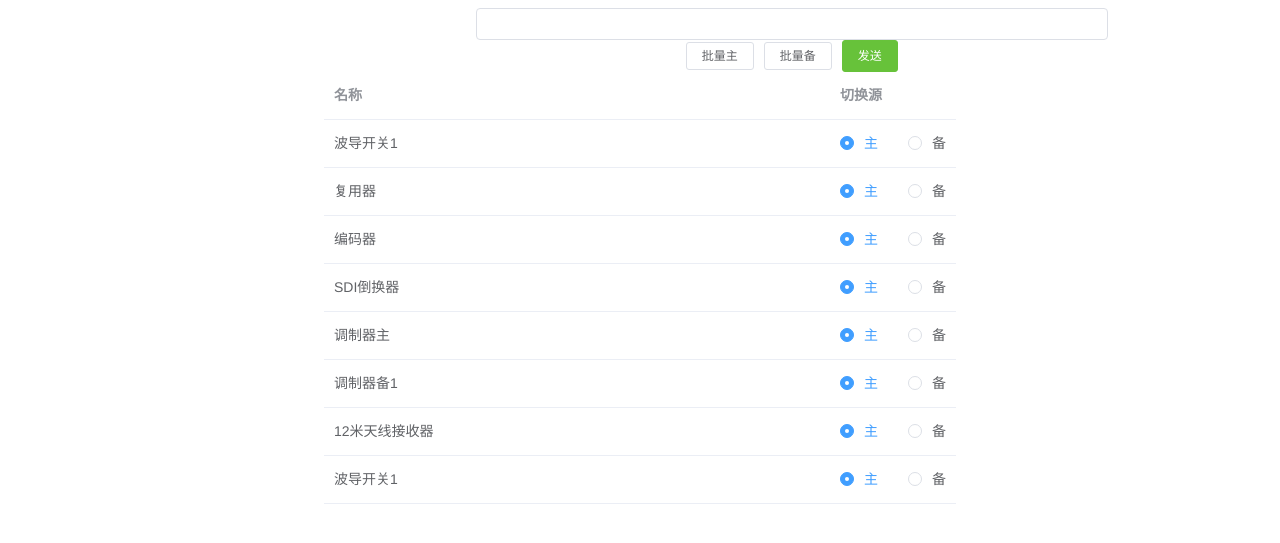
Repository: faintout/BHMQTTSendTool
Page: /
An editor plug-in stored every save of this project. The page is shown before and after the next save, followed by the edit.
The browser window is 1280 px wide. The pictures show the whole page.
The project was rebuilt for these pictures with package versions that can differ from the ones it lists, and the page was loaded fresh each time. Also part of the build but not shown: vue.config.js.

Above is the page before, as saved 2020-08-26 15:28:45.

### public/index.html
<!DOCTYPE html>
<html lang="en">
  <head>
    <meta charset="utf-8">
    <meta http-equiv="X-UA-Compatible" content="IE=edge">
    <meta name="viewport" content="width=device-width,initial-scale=1.0">
    <link rel="stylesheet" href="">
    <title></title>
  </head>
  <body>
    <div id="app">

    </div>
    <!-- built files will be auto injected -->
  </body>
</html>

### src/main.js
import Vue from 'vue'
import App from './App.vue'
import router from './router'
import $ from 'jquery'
import ElementUi from 'element-ui'
import 'element-ui/lib/theme-chalk/index.css'
import 'element-ui/lib/theme-chalk/reset.css'

Vue.config.productionTip = false
Vue.use(ElementUi)
new Vue({
  router,
  render: h => h(App)
}).$mount('#app')

### src/router/index.js
import Vue from 'vue'
import VueRouter from 'vue-router'
import Home from '../views/Home.vue'

Vue.use(VueRouter)

  const routes = [
  {
    path: '/',
    name: 'Home',
    component: Home
  },
]

const router = new VueRouter({
  routes
})

export default router

### src/views/Home.vue
<template>
    <div class="content">
        <title></title>
        <!-- 按钮模块 -->
        <div style="position: relative;left: calc(50% - 13%);width: 50%;">
            <el-input style="display:inline-block;width:20%；right: 5%;"  size="small" v-model="IPlocal"></el-input>
            <el-button size="mini" @click="batch(0)">批量主</el-button>
            <el-button size="mini" @click="batch(1)">批量备</el-button>
            <el-button type="success" size="small" @click="sendData">发送</el-button>
        </div>
        <el-table v-loading="tableLoading" :data="tableData" style="width: 50%;position: relative;left: calc(50% - 25%);">
            >
            <el-table-column prop="name" min-width="4" label="名称">
            </el-table-column>
            <el-table-column label="切换源" min-width="1">
                <template slot-scope="scope">
                    <el-radio-group v-model="scope.row.switchStatus">
                        <el-radio :label="0" @click="scope.row.switchStatus = 0">主</el-radio>
                        <el-radio :label="1" @click="scope.row.switchStatus = 1">备</el-radio>
                    </el-radio-group>
                </template>
            </el-table-column>

        </el-table>
    </div>

</template>

<script>
    export default {
        components: {},
        data() {
            return {
                //本地IP
                IPlocal:'',
                //表格框加载
                tableLoading: false,
                tableData: [{
                        id: 1,
                        name: "波导开关1",
                        switchStatus: 0,
                        masterData: "",
                        savleData: ""
                    },
                    {
                        id: 2,
                        name: "复用器",
                        switchStatus: 0,
                        masterData: "",
                        savleData: ""
                    },
                    {
                        id: 3,
                        name: "编码器",
                        switchStatus: 0,
                        masterData: "",
                        savleData: ""
                    },
                    {
                        id: 4,
                        name: "SDI倒换器",
                        switchStatus: 0,
                        masterData: "",
                        savleData: ""
                    },
                    {
                        id: 5,
                        name: "调制器主",
                        switchStatus: 0,
                        masterData: "",
                        savleData: ""
                    },
                    {
                        id: 6,
                        name: "调制器备1",
                        switchStatus: 0,
                        masterData: "",
                        savleData: ""
                    },
                    {
                        id: 7,
                        name: "12米天线接收器",
                        switchStatus: 0,
                        masterData: "",
                        savleData: ""
                    },
                    {
                        id: 8,
                        name: "波导开关1",
                        switchStatus: 0,
                        masterData: "",
                        savleData: ""
                    },
                ]
            }
        },
        watch: {
            IPlocal(n,o){

            }
        },
        computed: {

        },
        methods: {
            changeItem(item) {
                console.log('item', item);
            },
            changItemRadio(item) {
                console.log('itemzhixng ');
            },
            //获取所有数据
            getAllMqttData() {
                $.ajax({
                    type:'POST',
                    url:'',
                    data:data,
                    success:()=>{

                    },
                    error:()=>{

                    }
                   })
            },
            //数据处理
            dataProcessing() {

            },
            //批量设置
            /**
             * @type 0 主 1 备
             * @Date 2020-08-26 14:13:24
             */
            batch(type) {
                this.tableData.forEach(item => {
                    item.switchStatus = type ? 1 : 0
                })
            },
            //发送数据
            sendData() {
                this.tableLoading = true
                setTimeout(() => {
                    this.tableLoading = false
                    this.$message({
                        message: '数据发送成功',
                        type: 'success',
                        duration:1000
                    });
                }, 3000)
            }

        },
        mounted() {
            console.log(window);
        },
        created() {},
    }
</script>
<style lang="less" scoped>
</style>

Loaded but not shown: src/App.vue (common file)

After the next save:
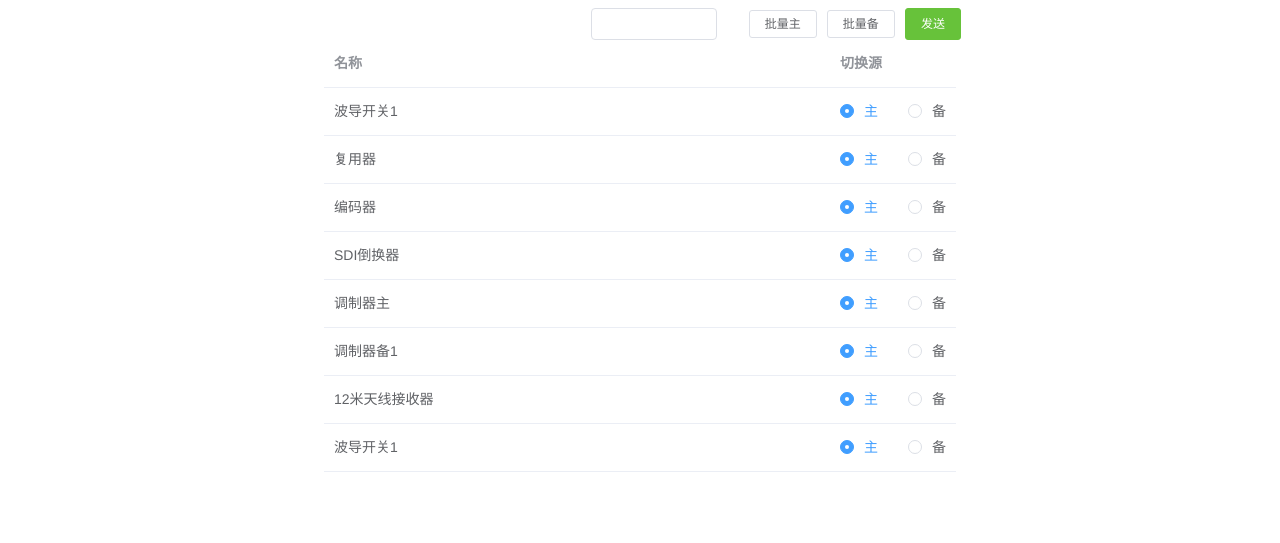
Saved 4 s later.
--- a/src/views/Home.vue
+++ b/src/views/Home.vue
@@ -3,7 +3,7 @@
         <title></title>
         <!-- 按钮模块 -->
         <div style="position: relative;left: calc(50% - 13%);width: 50%;">
-            <el-input style="display:inline-block;width:20%；right: 5%;"  size="small" v-model="IPlocal"></el-input>
+            <el-input style="display:inline-block;width:20%;right: 5%;"  size="small" v-model="IPlocal"></el-input>
             <el-button size="mini" @click="batch(0)">批量主</el-button>
             <el-button size="mini" @click="batch(1)">批量备</el-button>
             <el-button type="success" size="small" @click="sendData">发送</el-button>
